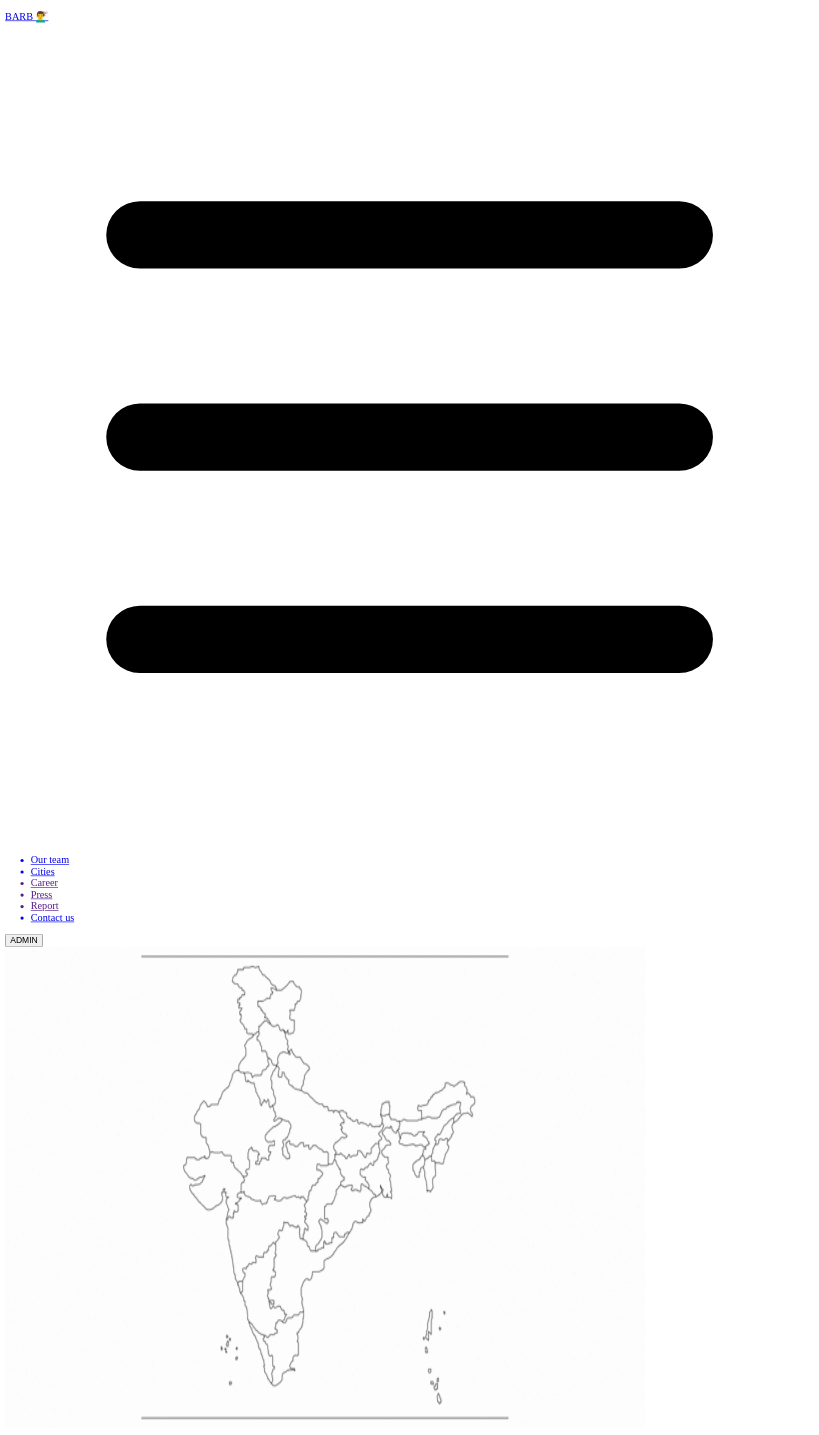
Repository: MinorLeopard/barbweb
Page: /Cities
An editor plug-in stored every save of this project. The page is shown before and after the next save, followed by the edit.
The browser window is 1280 px wide. The pictures show the whole page, at 64% of full size.
The project was rebuilt for these pictures with package versions that can differ from the ones it lists, and the page was loaded fresh each time. The framework's server and built-in components were replaced by stand-ins that run in the browser. Also part of the build but not shown: components/Dropdown.tsx.

Above is the page before, as saved 2021-12-22 00:26:47.

### pages/_app.js
import 'tailwindcss/tailwind.css'
import Navbar from '../components/Navbar'

function MyApp({ Component, pageProps }) {

  return <>
  <Navbar/>
  <Component {...pageProps} />
  </>
}

export default MyApp

### pages/Cities.tsx
import Image from 'next/image'
const Cities = () => {
    return (
        <>
        <div>
            <Image
              src={require('../images/ggn.gif')}
              height={750}
              width={1000}
            />
        </div>
        </>
    )
}

export default Cities

### components/Navbar.js
import { MenuIcon } from '@heroicons/react/outline'
import { useState } from 'react'
import Link from 'next/link'
import Dropdown from './Dropdown.tsx'

const Navbar = () => {
  const [drop, setDrop] = useState(false)
  return (
    <nav className="p-3 sticky bg-white mb-2 z-[99] top-0  flex  max-w-full min-w-max w-full justify-between md:justify-evenly items-center   ">
      <div>
        <Link href="/">
          <p className="text-4xl cursor-pointer">BARB 💇‍♂️</p>
        </Link>
      </div>
      <div>
        <div className="flex flex-col md:hidden">
          <MenuIcon
            onClick={() => {
              if (drop == true) {
                setDrop(false)
              } else {
                setDrop(true)
              }
            }}
            className="transition-all transform cursor-pointer h-7 w-7 md:hidden"
          />
          <div className="">{drop ? <Dropdown /> : null}</div>
        </div>

        <ul className="hidden space-x-5 md:flex">

          <a href="/ourTeam">

            <li className="transition-all duration-150 transform hover:scale-105 hover:underline">
              Our team
            </li>
          </a>
          <a href="/Cities">
            <li className="transition-all duration-150 transform hover:scale-105 hover:underline">
              Cities
            </li>
          </a>
          <a href="">
            <li className="transition-all duration-150 transform hover:scale-105 hover:underline">
              Career
            </li>
          </a>
          <a href="">
            <li className="transition-all duration-150 transform hover:scale-105 hover:underline">
              Press
            </li>
          </a>
          <a href="">
            <li className="transition-all duration-150 transform hover:scale-105 hover:underline">
              Report
            </li>
          </a>

          <a href="/contactUs">
            <li className="transition-all duration-150 transform hover:scale-105 hover:underline">
              Contact us
            </li>
          </a>
        </ul>
      </div>

      <div>
        <a href="/login" className="">

        <button class="bg-gray-500 hover:bg-gray-700 text-white font-bold py-2 px-4 rounded">
  ADMIN
</button>
        </a>
      </div>
    </nav>
  )
}

export default Navbar

After the next save:
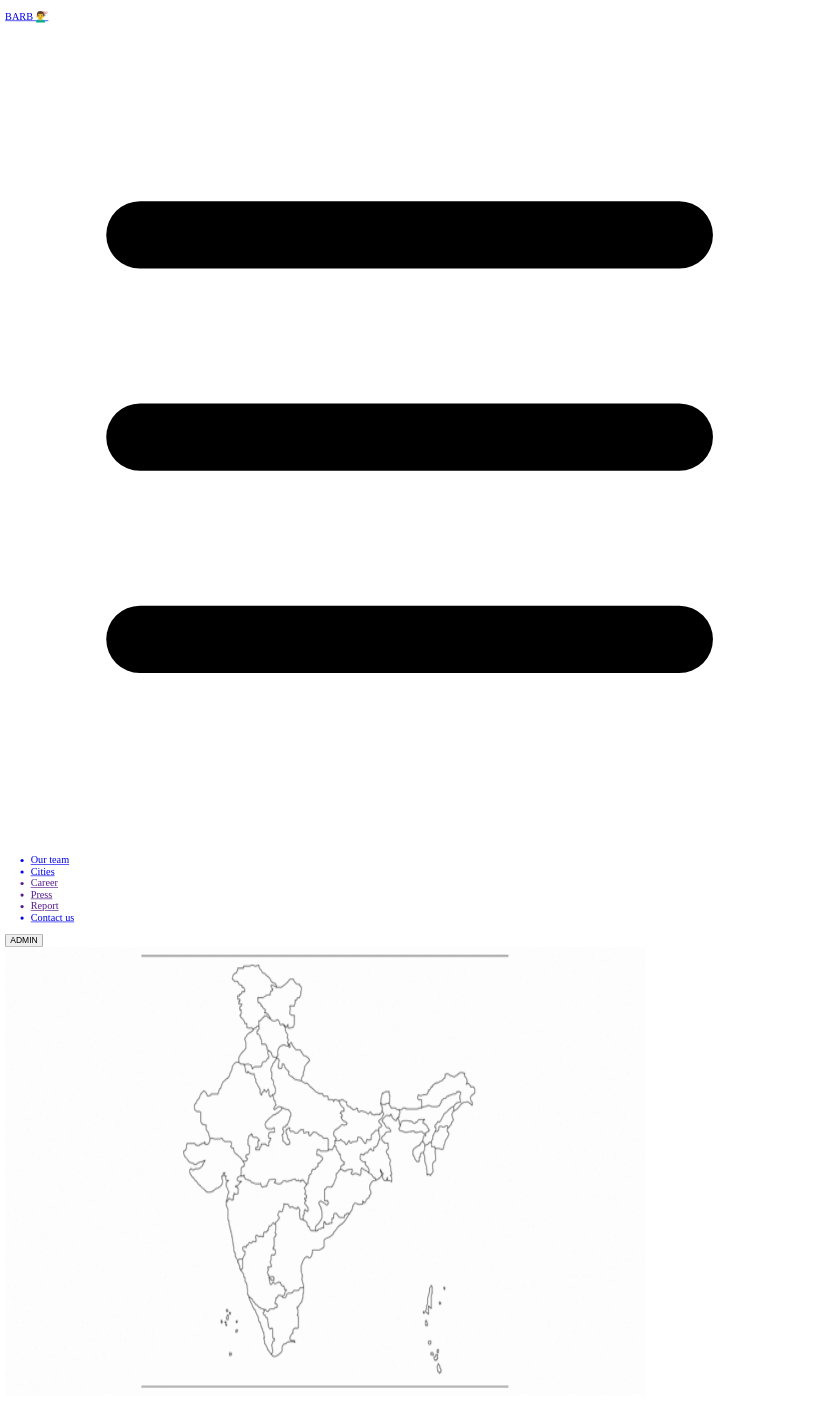
Saved 10 s later.
--- a/pages/Cities.tsx
+++ b/pages/Cities.tsx
@@ -5,7 +5,7 @@
         <div>
             <Image
               src={require('../images/ggn.gif')}
-              height={750}
+              height={700}
               width={1000}
             />
         </div>
